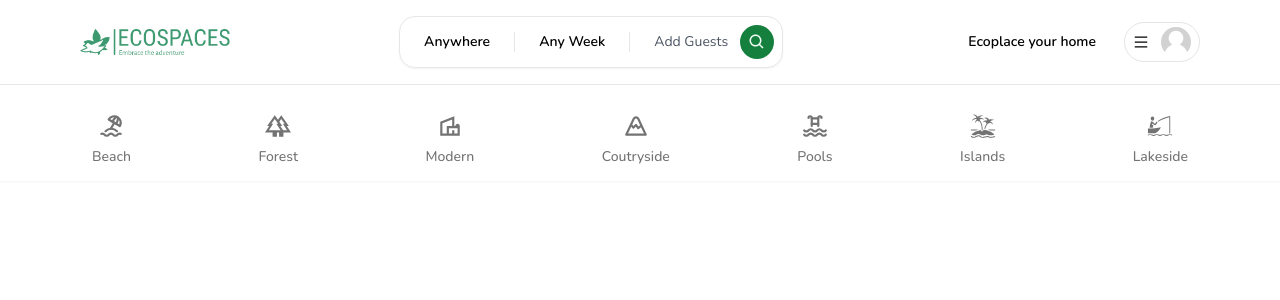
Repository: LubegaH/Ecospaces
Page: /
The author's editor kept a copy of each file at every save. The page is drawn from the files as they stood at one save, then again after the next save.
The browser window is 1280 px wide. The pictures show the whole page.
The page's requests for data from a server got no answer. The project was rebuilt for these pictures with package versions that can differ from the ones it lists, and the page was loaded fresh each time. The framework's server and built-in components were replaced by stand-ins that run in the browser. No one was signed in, and anything a server would have sent is missing. Also part of the build but not shown: next.config.js, app/components/nabar/MenuItem.tsx, app/components/Button.tsx, app/components/modals/Modal.tsx, app/components/Heading.tsx, app/components/input/Input.tsx.

Above is the page before, as saved 2023-08-19 09:42:30.

### app/layout.tsx
import './globals.css';
import { Nunito } from 'next/font/google';
import React from 'react';
import Navbar from '@/app/components/nabar/Navbar';
import ClientOnly from '@/app/components/ClientOnly';
import RegisterModel from '@/app/components/modals/RegisterModel';
import Modal from '@/app/components/modals/Modal';
import ToasterProvider from './providers/ToasterProvider';
import LoginModel from './components/modals/LoginModel';
import getCurrentUser from './actions/getCurrentUser';

const nunito = Nunito({ subsets: ['latin'] });

export const metadata = {
  title: 'Ecospaces',
  description: 'The quickest way to find lodges',
};

export default async function RootLayout({
  children,
}: {
  children: React.ReactNode;
}) {
  const currentUser = await getCurrentUser();
  return (
    <html lang='en'>
      <body className={nunito.className}>
        <ClientOnly>
          {/*<Modal title={'Hello World'} isOpen actionLabel="Sign In"/>*/}
          <ToasterProvider />
          <RegisterModel />
          <LoginModel />
          <Navbar currentUser={currentUser} />
        </ClientOnly>

        {children}
      </body>
    </html>
  );
}

### app/components/nabar/Navbar.tsx
'use client';
import Container from '../Container';
import Logo from '@/app/components/nabar/Logo';
import Search from '@/app/components/nabar/Search';
import UserMenu from '@/app/components/nabar/UserMenu';
import { SafeUser } from '@/app/types';
import Categories from './Categories';

interface NavbarProps {
  currentUser?: SafeUser | null;
}

const Navbar: React.FC<NavbarProps> = ({ currentUser }) => {
  return (
    <div className='fixed w-full bg-white z-10 shadow-sm'>
      <div className='py-4 border-b-[1px]'>
        <Container>
          <div
            className='
                    flex
                    flex-row
                    items-center
                    justify-between
                    gap-3
                    md:gap-0'
          >
            <Logo />
            <Search />
            <UserMenu currentUser={currentUser} />
          </div>
        </Container>
      </div>
      <Categories />
    </div>
  );
};

export default Navbar;

### app/components/ClientOnly.tsx
'use client';

import React, {useEffect, useState} from "react";

interface ClientOnlyProps{
    children: React.ReactNode;
}

const ClientOnly: React.FC<ClientOnlyProps> = ({children}) => {
    const [hasMounted, setHasMounted] = useState(false)

    useEffect(() => {
        setHasMounted(true)
    }, []);

    if(!hasMounted) {
        return null;
    }
    return(
        <>
            {children}
        </>
    )
}

export default ClientOnly

### app/components/modals/RegisterModel.tsx
'use client';

/**
 * RegisterModel Component
 *
 * A component for the registration modal in the application.
 *
 * Props:
 * - None
 *
 * Usage:
 * ```tsx
 * <RegisterModel />
 * ```
 */

import axios from 'axios';
import { AiFillGithub } from 'react-icons/ai';
import { FcGoogle } from 'react-icons/fc';
import { useState, useCallback } from 'react';
import {
  FieldValue,
  FieldValues,
  SubmitHandler,
  useForm,
} from 'react-hook-form';
import useRegisterModal from '@/app/hooks/useRegisterModal';
import Modal from './Modal';
import Heading from '../Heading';
import Input from '../input/Input';
import { toast } from 'react-hot-toast';
import Button from '../Button';
import { signIn } from 'next-auth/react';

/**
 * RegisterModel Component
 *
 * A component for the registration modal in the application.
 *
 * @returns The RegisterModel component.
 */

const RegisterModel = () => {
  const registerModal = useRegisterModal();
  const [isLoading, setIsLoading] = useState(false);

  /**
   * React Hook Form configuration
   */
  const {
    register,
    handleSubmit,
    formState: { errors },
  } = useForm<FieldValues>({
    defaultValues: {
      name: '',
      email: '',
      password: '',
    },
  });

  /**
   * Form submission handler
   *
   * @param data - The form data submitted by the user.
   */
  const onSubmit: SubmitHandler<FieldValues> = (data) => {
    setIsLoading(true);
    axios
      .post('/api/register', data)
      .then(() => {
        // Registration successful
        registerModal.onClose();
      })
      .then(() => {
        registerModal.onClose();
      })
      .catch((error) => {
        // Error occurred during registration
        toast.error('Oops! Something went wrong...');
      })
      .finally(() => {
        // Reset loading state
        setIsLoading(false);
      });
  };

  /**
   * JSX content for the modal body
   */
  const bodyContent = (
    <div className='flex flex-col gap-4'>
      <Heading title='Welcome to Ecospaces' subtitle='Create an account' />
      <Input
        id='email'
        register={register}
        label='Email'
        disabled={isLoading}
        errors={errors}
        required
      />
      <Input
        id='name'
        register={register}
        label='Name'
        disabled={isLoading}
        errors={errors}
        required
      />
      <Input
        id='password'
        type='password'
        register={register}
        label='Password'
        disabled={isLoading}
        errors={errors}
        required
      />
    </div>
  );

  const footerContent = (
    <div className='flex flex-col gap-4 mt-3'>
      <hr />
      {/* TODO: Fix github-auth error */}
      <Button
        outline
        label='Continue with Google'
        icon={FcGoogle}
        onClick={() => signIn('google')}
      />
      {/* TODO: Fix google-auth error */}
      <Button
        outline
        label='Continue with Github'
        icon={AiFillGithub}
        onClick={() => signIn('github')}
      />
      <div className='text-neutral-500 text-center mt-4 font-light'>
        <div className='flex flex-row items-center gap-2 justify-center'>
          <div>Already have an account?</div>
          <div
            onClick={registerModal.onClose}
            className='text-green-700 cursor-pointer hover:underline font-semibold'
          >
            Log in
          </div>
        </div>
      </div>
    </div>
  );

  return (
    <Modal
      isOpen={registerModal.isOpen}
      disabled={isLoading}
      title='Register'
      actionLabel='Continue'
      onClose={registerModal.onClose}
      onSubmit={handleSubmit(onSubmit)}
      body={bodyContent}
      footer={footerContent}
    />
  );
};

export default RegisterModel;

### app/components/modals/LoginModel.tsx
'use client';

import axios from 'axios';
import { AiFillGithub } from 'react-icons/ai';
import { FcGoogle } from 'react-icons/fc';
import { useState, useCallback } from 'react';
import {
  FieldValue,
  FieldValues,
  SubmitHandler,
  useForm,
} from 'react-hook-form';
import useRegisterModal from '@/app/hooks/useRegisterModal';
import useLoginModel from '@/app/hooks/useLoginModal';
import Modal from './Modal';
import Heading from '../Heading';
import Input from '../input/Input';
import { toast } from 'react-hot-toast';
import Button from '../Button';
import { signIn } from 'next-auth/react';
import { useRouter } from 'next/navigation';

/**
 * LoginModel Component
 *
 * A component for the registration modal in the application.
 *
 * @returns The LoginModel component.
 */

const LoginModel = () => {
  const registerModal = useRegisterModal();
  const loginModal = useLoginModel();
  const [isLoading, setIsLoading] = useState(false);
  const router = useRouter();

  /**
   * React Hook Form configuration
   */
  const {
    register,
    handleSubmit,
    formState: { errors },
  } = useForm<FieldValues>({
    defaultValues: {
      email: '',
      password: '',
    },
  });

  /**
   * Form submission handler
   *
   * @param data - The form data submitted by the user.
   */
  const onSubmit: SubmitHandler<FieldValues> = (data) => {
    setIsLoading(true);

    signIn('credentials', {
      ...data,
      redirect: false,
    }).then((callback) => {
      setIsLoading(false);

      if (callback?.ok) {
        toast.success('You are in!');
        router.refresh();
        loginModal.onClose();
      }

      if (callback?.error) {
        toast.error(callback.error);
      }
    });
  };

  /**
   * JSX content for the modal body
   */
  const bodyContent = (
    <div className='flex flex-col gap-4'>
      <Heading
        title='Happy to see you back!'
        subtitle='Login to your account'
      />
      <Input
        id='email'
        register={register}
        label='Email'
        disabled={isLoading}
        errors={errors}
        required
      />
      <Input
        id='password'
        type='password'
        register={register}
        label='Password'
        disabled={isLoading}
        errors={errors}
        required
      />
    </div>
  );

  const footerContent = (
    <div className='flex flex-col gap-4 mt-3'>
      <hr />
      <Button
        outline
        label='Continue with Google'
        icon={FcGoogle}
        onClick={() => signIn('google')}
      />
      <Button
        outline
        label='Continue with Github'
        icon={AiFillGithub}
        onClick={() => signIn('github')}
      />
      <div className='text-neutral-500 text-center mt-4 font-light'>
        <div className='flex flex-row items-center gap-2 justify-center'>
          <div>Already have an account?</div>
          <div
            onClick={registerModal.onClose}
            className='text-green-700 cursor-pointer hover:underline font-semibold'
          >
            Log in
          </div>
        </div>
      </div>
    </div>
  );

  return (
    <Modal
      isOpen={loginModal.isOpen}
      disabled={isLoading}
      title='Login'
      actionLabel='Continue'
      onClose={loginModal.onClose}
      onSubmit={handleSubmit(onSubmit)}
      body={bodyContent}
      footer={footerContent}
    />
  );
};

export default LoginModel;

### app/actions/getCurrentUser.ts
import { getServerSession } from 'next-auth/next';
import { authOptions } from '@/pages/api/auth/[...nextauth]';
import prisma from '@/app/libs/prismadb';

export async function getSession() {
  return await getServerSession(authOptions);
}

export default async function getCurrentUser() {
  try {
    const session = await getSession();

    if (!session?.user?.email) {
      return null;
    }

    const currentUser = await prisma.user.findUnique({
      where: {
        email: session.user.email as string,
      },
    });

    if (!currentUser) {
      return null;
    }
    return {
      ...currentUser,
      createdAt: currentUser.createdAt.toISOString(),
      updatedAt: currentUser.updatedAt.toISOString(),
      emailVerified: currentUser.emailVerified?.toISOString() || null,
    };
  } catch (error: any) {
    return null;
  }
}

### app/components/Container.tsx
'use client';

import React from "react";

interface ContainerProps {
    children: React.ReactNode
}
const Container: React.FC<ContainerProps> = ({children}) => {
    return (
        <div className="max-w-[2520px]
        mx-auto
        xl:px-20
        md:px-10
        sm:px-2
        px-4"> {children}</div>
    )
}

export default Container;

### app/components/nabar/Logo.tsx
'use client'

import Image from 'next/image'
import {useRouter} from "next/navigation";

const Logo = () => {
    const router = useRouter()

    return (
        <Image
            src="/images/ecospace_logo.png"
            alt="Logo"
            className="hidden md:block cursor-pointer"
            width="150"
            height="150"
        />
    )
}

export default Logo

### app/components/nabar/Search.tsx
'use client'

import {BiSearch} from "react-icons/bi";

const Search = () => {

    return (
        <div className="
        border-[1px]
        w-full
        md:w-auto
        py-2
        rounded-2xl
        shadow-sm
        hover:shadow-md
        transition
        cursor-pointer">

            <div className="flex flex-row items-center justify-between">
                <div className="text-sm font-semibold px-6">Anywhere</div>
                <div className="
                hidden
                sm:block
                text-sm
                font-semibold
                px-6
                border-x-[1px]
                flex-1
                text-center">
                    Any Week
                </div>
                <div className="
                text-sm
                pl-6
                pr-2
                text-gray-600
                flex
                flex-row
                items-center
                gap-3">
                    <div className="hidden sm:block">Add Guests</div>
                    <div className="p-2 bg-green-700 rounded-full text-green-50">
                        <BiSearch size={18}/>
                    </div>
                </div>
            </div>
        </div>
    );
}

export default Search

### app/components/nabar/UserMenu.tsx
'use client';

import { AiOutlineMenu } from 'react-icons/ai';
import Avatar from '@/app/components/Avatar';
import React, { useCallback, useState } from 'react';
import MenuItem from '@/app/components/nabar/MenuItem';
import useRegisterModel from '@/app/hooks/useRegisterModal';
import useLoginModel from '@/app/hooks/useLoginModal';
import { signOut } from 'next-auth/react';
import { SafeUser } from '@/app/types';

interface UserMenuProps {
  currentUser?: SafeUser | null;
}

const UserMenu: React.FC<UserMenuProps> = ({ currentUser }) => {
  const [isOpen, setIsOpen] = useState(false);
  const regiserModal = useRegisterModel();
  const loginModal = useLoginModel();

  const toggleOpen = useCallback(() => {
    setIsOpen((value) => !value);
  }, []);

  return (
    <div className='relative'>
      <div className='flex flex-row items-center gap-3'>
        <div
          className='
                hidden
                md:block
                text-sm
                font-semibold
                py-3
                px-4
                rounded-full
                hover:bg-neutral-100
                transition
                cursor-pointer'
          onClick={() => {}}
        >
          Ecoplace your home
        </div>
        <div
          onClick={toggleOpen}
          className='
                p-4
                md:py-1
                md:px-2
                border-[1px]
                border-neutral-200
                flex
                flex-row
                items-center
                gap-3
                rounded-full
                cursor-pointer
                hover:shadow-md
                transtion'
        >
          <AiOutlineMenu />
          <div className='hidden md:block'>
            <Avatar src={currentUser?.image} />
          </div>
        </div>
      </div>
      {isOpen && (
        <div
          className='
                absolute
                rounded-xl
                shadow-md
                w-[40vw]
                md:w-3/4
                bg-white
                overflow-hidden
                right-0
                top-12
                text-sm'
        >
          <div className='flex flex-col cursor-pointer'>
            {currentUser ? (
              <>
                <MenuItem onClick={() => {}} label='My trips' />
                <MenuItem onClick={() => {}} label='My favorites' />
                <MenuItem onClick={() => {}} label='My reservations' />
                <MenuItem onClick={() => {}} label='My properties' />
                <MenuItem onClick={() => {}} label='Ecoplace my home' />
                <hr />
                <MenuItem onClick={() => signOut()} label='Logout' />
              </>
            ) : (
              <>
                <MenuItem onClick={loginModal.onOpen} label='Login' />
                <MenuItem onClick={regiserModal.onOpen} label='Sign Up' />
              </>
            )}
          </div>
        </div>
      )}
    </div>
  );
};

export default UserMenu;

### app/components/nabar/Categories.tsx
import Container from '../Container';
import { TbBeach, TbMountain, TbPool } from 'react-icons/tb';

import { MdOutlineVilla } from 'react-icons/md';
import { MdOutlineForest } from 'react-icons/md';
import { GiIsland, GiBoatFishing } from 'react-icons/gi';

import CategoryBox from '../CategoryBox';
import { usePathname, useSearchParams } from 'next/navigation';

export const categories = [
  {
    label: 'Beach',
    icon: TbBeach,
    description: 'Close to the beach, you will enjoy the breeze',
  },
  {
    label: 'Forest',
    icon: MdOutlineForest,
    description: 'Interesting property with a windmill',
  },
  {
    label: 'Modern',
    icon: MdOutlineVilla,
    description: 'Modern villa for the 21st century',
  },
  {
    label: 'Coutryside',
    icon: TbMountain,
    description: 'Exquisite living in the country side',
  },
  {
    label: 'Pools',
    icon: TbPool,
    description: 'Exquisite living in the country side',
  },
  {
    label: 'Islands',
    icon: GiIsland,
    description: 'Executive stay on an Island',
  },
  {
    label: 'Lakeside',
    icon: GiBoatFishing,
    description: 'This property is close to the lake',
  },
];

const Categories = () => {
  const params = useSearchParams();
  const category = params?.get('category');
  const pathName = usePathname();

  const isMainPage = pathName === '/';
  if (!isMainPage) {
    return null;
  }

  return (
    <Container>
      <div
        className='
            pt-4
            flex
            flex-row
            items-center
            justify-between
            overflow-x-auto
        '
      >
        {categories.map((item) => (
          <CategoryBox
            key={item.label}
            label={item.label}
            selected={category === item.label}
            icon={item.icon}
          />
        ))}
      </div>
    </Container>
  );
};

export default Categories;

### app/hooks/useRegisterModal.ts
import { create } from 'zustand';

interface RegisterModelStore {
  isOpen: boolean;
  onOpen: () => void;
  onClose: () => void;
}

const useRegisterModel = create<RegisterModelStore>((set) => ({
  isOpen: false,
  onOpen: () => set({ isOpen: true }),
  onClose: () => set({ isOpen: false }),
}));

export default useRegisterModel;

### app/hooks/useLoginModal.ts
import { create } from 'zustand';

interface LoginModelStore {
  isOpen: boolean;
  onOpen: () => void;
  onClose: () => void;
}

const useLoginModel = create<LoginModelStore>((set) => ({
  isOpen: false,
  onOpen: () => set({ isOpen: true }),
  onClose: () => set({ isOpen: false }),
}));

export default useLoginModel;

### pages/api/auth/[...nextauth].ts
/**
 * Authentication Options and Configuration
 *
 * This module contains the authentication options and configuration for NextAuth.js.
 * It sets up various authentication providers, such as Google, GitHub, and Credentials (local).
 * Additionally, it defines an authorization function for the Credentials provider to handle local user authentication.
 * The authentication options and configuration are exported and used in the main NextAuth.js configuration file.
 */

import { PrismaAdapter } from '@next-auth/prisma-adapter';
import NextAuth, { AuthOptions } from 'next-auth';
import GoogleProvider from 'next-auth/providers/google';
import CredentialsProvider from 'next-auth/providers/credentials';
import GithubProvider from 'next-auth/providers/google';
import bcrypt from 'bcrypt';

import prisma from '@/app/libs/prismadb';

/**
 * Authentication Options and Configuration
 *
 * The `authOptions` object defines the authentication configuration for NextAuth.js.
 *
 * @property {PrismaAdapter} adapter - The PrismaAdapter instance to handle user authentication and session management with Prisma.
 * @property {Array} providers - An array of authentication providers used for user login (Google, GitHub, Credentials).
 * @property {Object} pages - Custom pages for authentication (signIn, signOut, error).
 * @property {boolean} debug - Whether to enable debug mode in development.
 * @property {Object} session - Session configuration options (strategy).
 * @property {string} secret - The secret used to sign and encrypt cookies (NEXTAUTH_SECRET environment variable).
 */

export const authOptions: AuthOptions = {
  adapter: PrismaAdapter(prisma),
  providers: [
    GithubProvider({
      clientId: process.env.GITHUB_ID as string,
      clientSecret: process.env.GITHUB_SECRET as string,
    }),
    GoogleProvider({
      clientId: process.env.GOOGLE_CLIENT_ID as string,
      clientSecret: process.env.GOOGLE_CLIENT_SECRET as string,
    }),
    CredentialsProvider({
      name: 'credentials',
      credentials: {
        email: { label: 'email', type: 'text' },
        password: { label: 'password', type: 'password' },
      },
      async authorize(credentials, req) {
        // Custom authorization function for the Credentials provider
        if (!credentials?.email || !credentials?.password) {
          throw new Error('Email and password do not match');
        }

        const user = await prisma.user.findUnique({
          where: {
            email: credentials.email,
          },
        });
        if (!user || !user?.hashedPassword) {
          throw new Error('Invalid credentials or user does not exist!');
        }
        const isCorrectPassword = await bcrypt.compare(
          credentials.password,
          user.hashedPassword
        );
        if (!isCorrectPassword) {
          throw new Error('Invalid Password');
        }
        return user;
      },
    }),
  ],
  pages: {
    signIn: '/', // Custom sign-in page
  },
  debug: process.env.NODE_ENV === 'development',
  session: {
    strategy: 'jwt', // Session strategy using JWT
  },
  secret: process.env.NEXTAUTH_SECRET, // Secret used to sign and encrypt cookies
};

export default NextAuth(authOptions);

### app/components/Avatar.tsx
'use client';
import Image from 'next/image';

interface AvatarProps {
  src: string | null | undefined;
}

const Avatar: React.FC<AvatarProps> = ({ src }) => {
  return (
    <Image
      className='rounded-full'
      height='30'
      width='30'
      src={src || '/images/placeholder.jpg'}
      alt='Avatar'
    />
  );
};

export default Avatar;

### app/components/CategoryBox.tsx
import { useRouter, useSearchParams } from 'next/navigation';
import { useCallback } from 'react';
import { IconType } from 'react-icons';
import qs from 'query-string';

interface CategoryBoxProps {
  icon: IconType;
  label: string;
  selected?: boolean;
}

const CategoryBox: React.FC<CategoryBoxProps> = ({
  icon: Icon,
  label,
  selected,
}) => {
  const router = useRouter();
  const params = useSearchParams();

  const handleClick = useCallback(() => {
    let currentQuery = {};

    if (params) {
      currentQuery = qs.parse(params.toString());
    }
    const updatedQuery: any = {
      ...currentQuery,
      category: label,
    };

    if (params?.get(`category`) === label) {
      delete updatedQuery.category;
    }

    const url = qs.stringifyUrl(
      {
        url: '/',
        query: updatedQuery,
      },
      { skipNull: true }
    );
    router.push(url);
  }, [label, params, router]);

  return (
    <div
      onClick={handleClick}
      className={`flex flex-col items-center justify-center gap-2 p-3 border-b-2 hover:text-neutral-800 transition cursor-pointer ${
        selected ? 'border-b-neutral-800' : 'border-transparent'
      } ${selected ? 'text-neutral-800' : 'text-neutral-500'}`}
    >
      <Icon size={26} />
      <div className='font-medium text-sm'>{label}</div>
    </div>
  );
};

export default CategoryBox;

Loaded but not shown: app/page.tsx (common file); app/globals.css (common file); app/providers/ToasterProvider.tsx (common file); app/libs/prismadb.ts (common file); tailwind.config.js (common file)

After the next save:
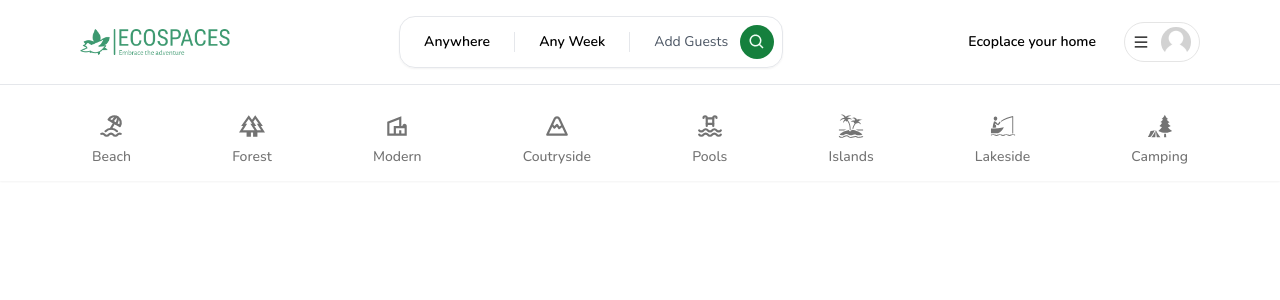
Saved 108 s later.
--- a/app/components/nabar/Categories.tsx
+++ b/app/components/nabar/Categories.tsx
@@ -3,7 +3,7 @@ import { TbBeach, TbMountain, TbPool } from 'react-icons/tb';
 
 import { MdOutlineVilla } from 'react-icons/md';
 import { MdOutlineForest } from 'react-icons/md';
-import { GiIsland, GiBoatFishing } from 'react-icons/gi';
+import { GiIsland, GiBoatFishing, GiForestCamp } from 'react-icons/gi';
 
 import CategoryBox from '../CategoryBox';
 import { usePathname, useSearchParams } from 'next/navigation';
@@ -44,6 +44,11 @@ export const categories = [
     icon: GiBoatFishing,
     description: 'This property is close to the lake',
   },
+  {
+    label: 'Camping',
+    icon: GiForestCamp,
+    description: 'Properties that offer camping services',
+  },
 ];
 
 const Categories = () => {
